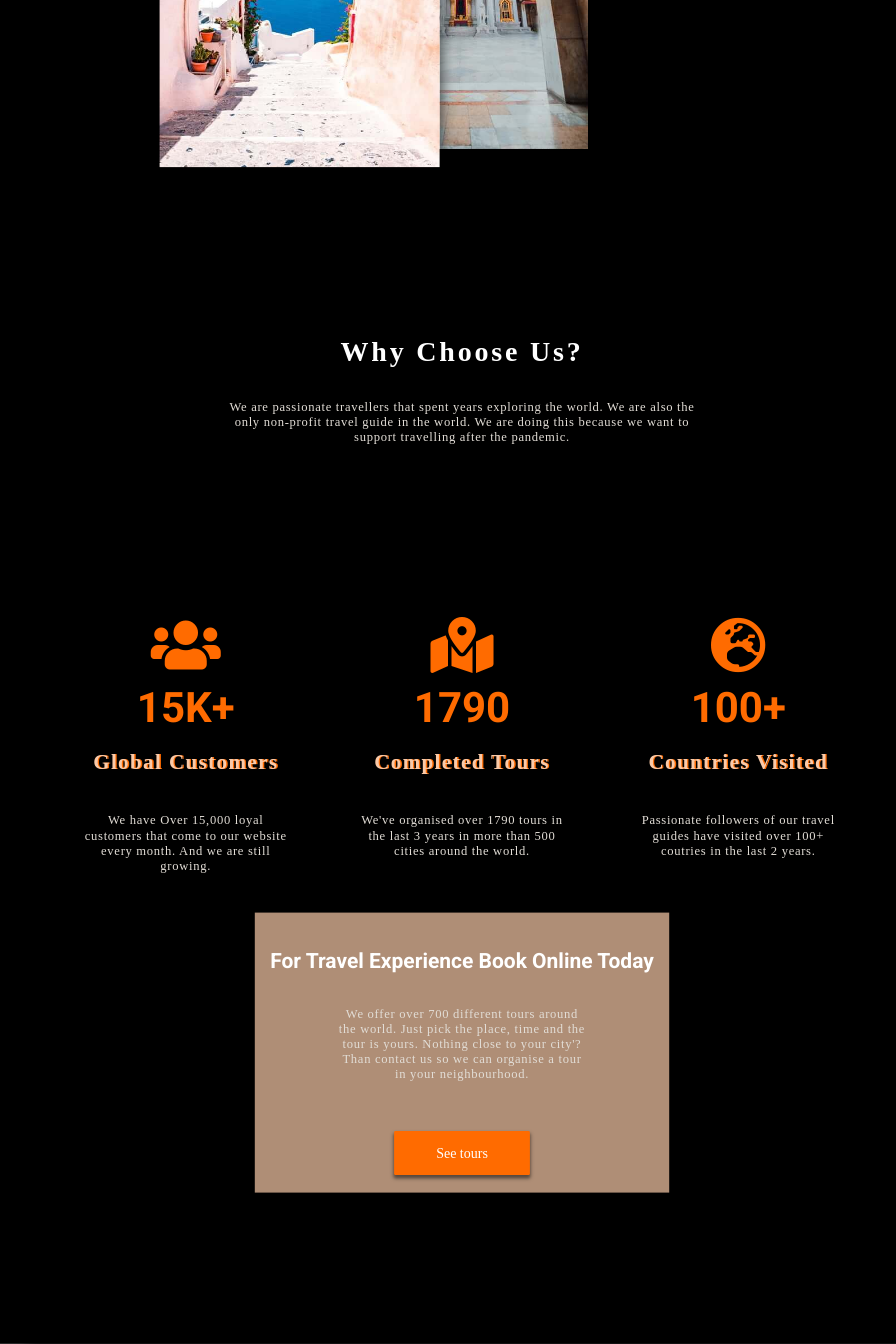
Repository: Hunga9k50doker/wildver-travel
Page: src/index.html
An editor plug-in stored every save of this project. The page is shown before and after the next save, followed by the edit.
The browser window is 1280 px wide. The pictures show the part of the page from y = 4154 to 6074 px (the page is 6074 px tall), at 70% of full size.
Some web fonts or font styles are not loaded; a fallback is used. The style sheet was rebuilt from its Sass, Less or Tailwind sources for each picture, by a compiler version that may differ from the author's.

Above is the page before, as saved 2021-08-27 21:44:07.

After the next save:
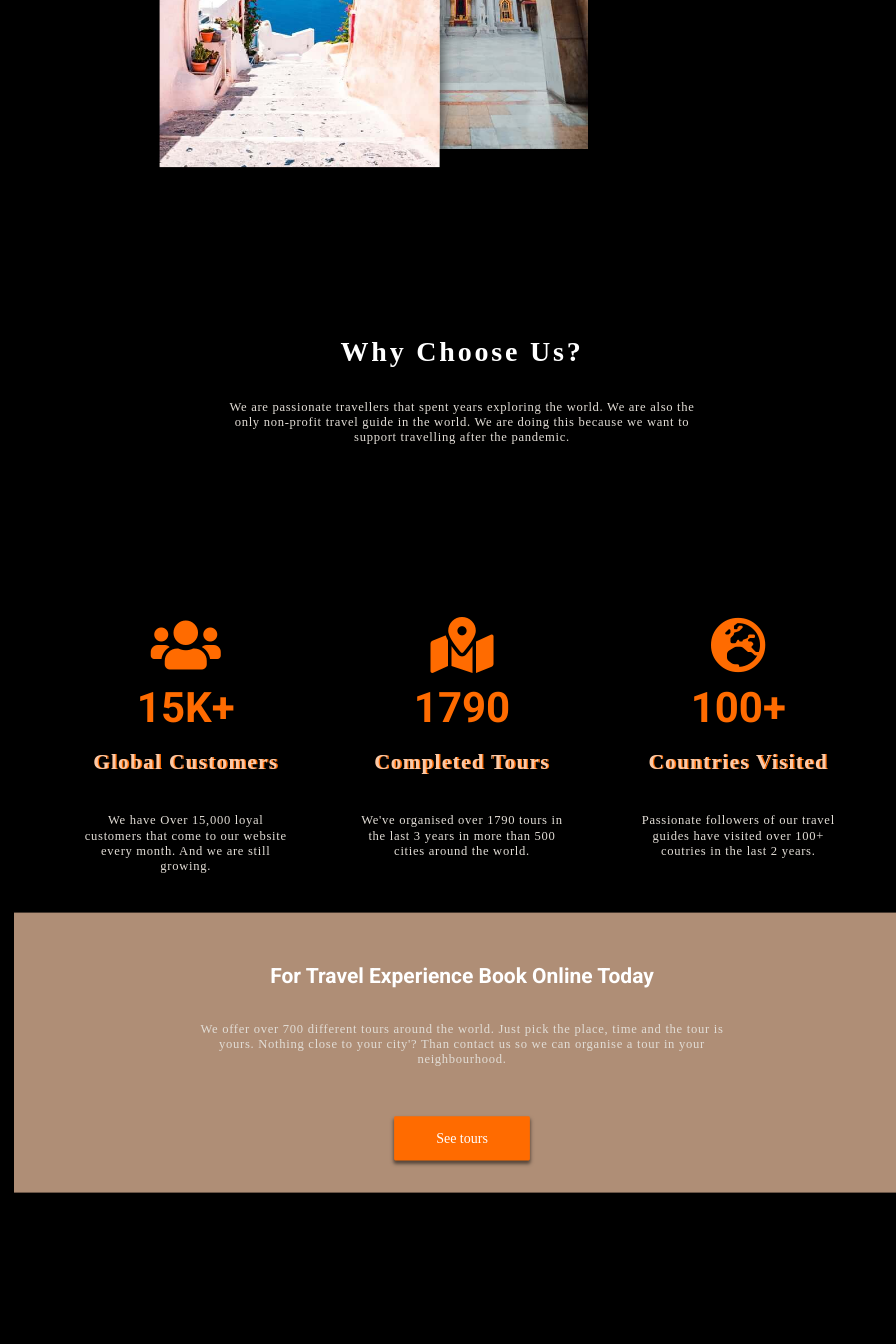
Saved 25 s later.
--- a/src/resources/scss/container.scss
+++ b/src/resources/scss/container.scss
@@ -207,7 +207,7 @@ $mode: cubic-bezier(0.17, 0.67, 0.55, 1.43);
                 left:50%;
                 transform: translate(-50%,-50%);
                 height:40rem;
-                width: 100;
+                width: 100vw;
                 display:flex;
                 align-items:center;
                 justify-content: center;
